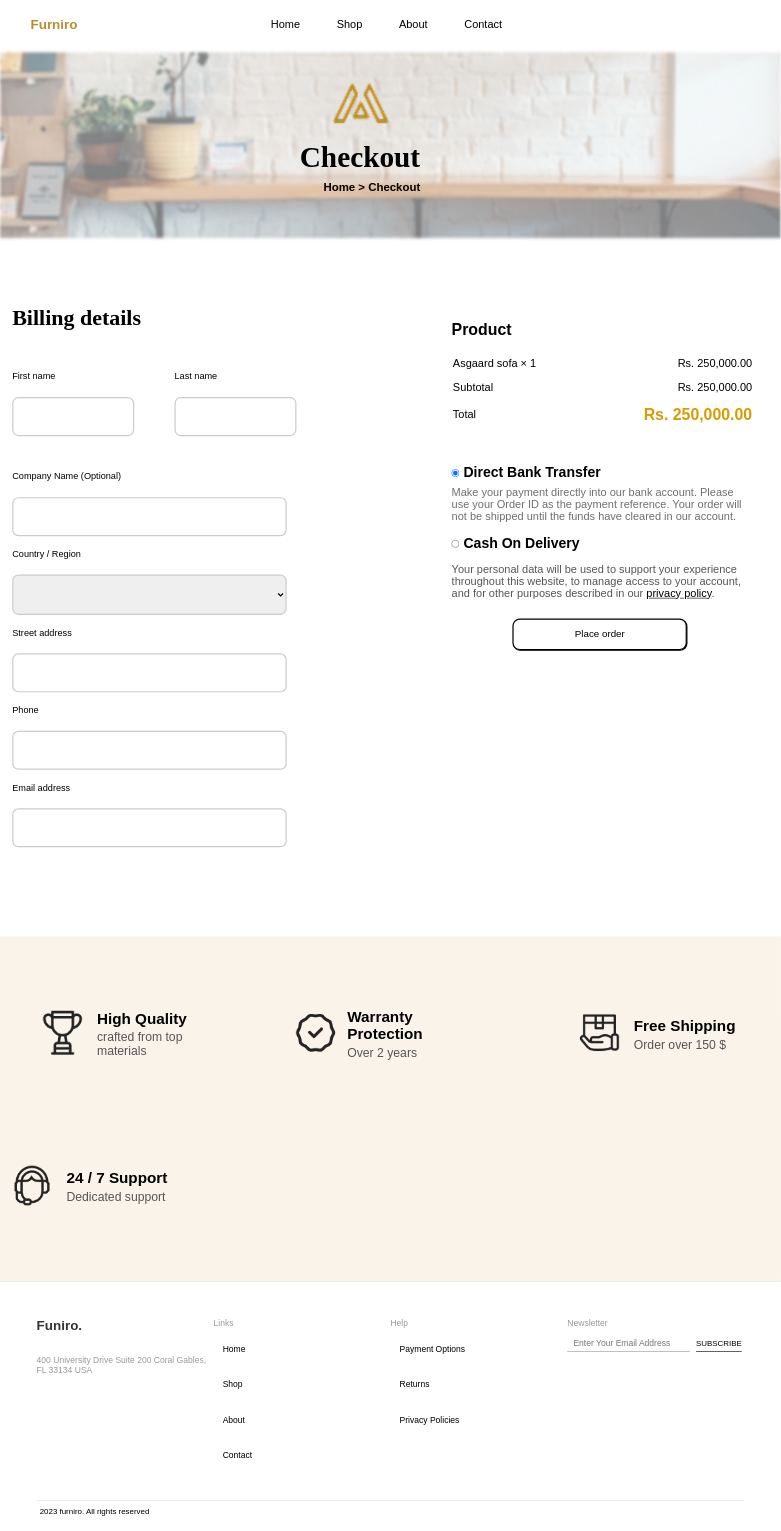
Repository: Ali1Kh/Furniro-ITI
Page: pages/checkout.html
These files come from the project's save history. The page is drawn as it stood at one moment and after a run of saves; the edit follows.
The browser window is 1280 px wide. The pictures show the whole page, at 61% of full size.

Above is the page before, as saved 2025-07-19 22:05:01.

### pages/checkout.html
<!DOCTYPE html>
<html lang="en">

<head>
  <meta charset="UTF-8">
  <meta name="viewport" content="width=device-width, initial-scale=1.0">
  <title>CheckOut</title>
  <link rel="shortcut icon" href="../assets/icons/Logo.png" type="image/x-icon">
  <link rel="stylesheet" href="../styles/index.css">
  <link rel="stylesheet" href="../styles/checkout.css">
</head>

<body>

  <nav>
    <!-- Navigation -->
    <div class="navBar">
      <div class="text">
        <p>Furniro</p>
      </div>

      <div class="menu-icon" onclick="toggleSidebar()">☰</div>

      <div class="navBarLinks">
        <ul>
          <li><a href="/pages/home.html">Home</a></li>
          <li><a href="/pages/shop.html">Shop</a></li>
          <li><a href="/">About</a></li>
          <li><a href="/pages/contact.html">Contact</a></li>
        </ul>
      </div>

     <div class="navBarIcons">
        <a href="/pages/Compare.html"><i class="fa-solid fa-user"></i></a>
        <a href="/pages/shop.html"><i class="fa-solid fa-magnifying-glass"></i></a>
        <a href="/"><i class="fa-solid fa-heart"></i></a>
        <a href="/pages/checkout.html"><i class="fa-solid fa-cart-plus"></i></a>
      </div>
    </div>


    <!-- Sidebar for mobile -->
    <div class="sidebar" id="sidebar">
      <a href="" onclick="toggleSidebar()">✖</a>
      <a href="">Home</a>
      <a href="/pages/shop.html">Shop</a>
      <a href="/">About</a>
      <a href="/pages/contact.html">Contact</a>
    </div>
  </nav>

  <main class="checkout">
    <div id="home">
      <div class="img-conteaner">
        <img src="../assets/img/Rectangle 1.png" alt="">

        <div class="text-conteaner">
          <img src="../assets/icons/Logo.png" alt="" style="width: 100px;height: 77px;margin-top: -80px; left: 1px; ">
          <h2 style="font-size: 48px; font-family: Poppins; top: 20px;">Checkout</h2>
          <h3 style="top: 30px;left: -11px; "><span style="width: 48;height: 24;top: 295px;left: 660px; ">Home ></span>
            Checkout</h3>
        </div>
      </div>
    </div>

    <div id="content">
      <div class="form">
        <h1 style="font-family: Poppins;font-weight: 600;font-style: SemiBold;font-size: 36px;">Billing details</h1>
        <br><br>
        <form>
          <div class="input" style="width: 200px;">
            <label>First name</label><br>
            <input type="text" name="firatname" id="firatname">
          </div>

          <div class="input" style="width: 200px; position: relative;bottom: 127px;left: 266px;">
            <label>Last name</label><br>
            <input type="text" name="lastname" id="lastname">
          </div>

          <div class="input" style="position: relative; bottom: 90px; width: 450px;">
            <label>Company Name (Optional)</label><br>
            <input type="text" name="Companyname(Optional)" id="Companyname(Optional)">
          </div>

          <div class="input" style="position: relative; bottom: 90px; width: 450px;">
            <label>Country / Region</label><br>
            <select>
              <option></option>
              <option>UK</option>
              <option>Argantina</option>
              <option>Brasil</option>
              <option>Egypt</option>
              <option>USA</option>
            </select>
          </div>

          <div class="input" style="position: relative; bottom: 90px; width: 450px;">
            <label>Street address</label><br>
            <input type="text" name="Streetaddress" id="Streetaddress">
          </div>

          <div class="input" style="position: relative; bottom: 90px; width: 450px;">
            <label>Phone</label><br>
            <input type="number" name="Phone" id="Phone">
          </div>

          <div class="input" style="position: relative; bottom: 90px; width: 450px;">
            <label>Email address</label><br>
            <input type="email" name="Emailaddress" id="Emailaddress">
          </div><br><br>

        </form>
      </div>
      <div class="table">
        <div class="order-summary">
          <h2>Product</h2>
          <table>
            <tr>
              <td>Asgaard sofa × 1</td>
              <td style="text-align: right;">Rs. 250,000.00</td>
            </tr>
            <tr>
              <td>Subtotal</td>
              <td style="text-align: right;">Rs. 250,000.00</td>
            </tr>
            <tr>
              <td>Total</td>
              <td style="text-align: right;" class="total">Rs. 250,000.00</td>
            </tr>
          </table><br><br>

          <div class="payment-methods">
            <label><input type="radio" name="payment" checked> Direct Bank Transfer</label>
            <p>
              Make your payment directly into our bank account. Please use your Order ID as the payment reference. Your
              order will not be shipped until the funds have cleared in our account.
            </p>

            <label><input type="radio" name="payment"> Cash On Delivery</label>
          </div>

          <div class="privacy">
            Your personal data will be used to support your experience throughout this website, to manage access to your
            account, and for other purposes described in our <a href="#">privacy policy</a>.
          </div>

          <button class="btn">Place order</button>
        </div>
      </div>
    </div>

    <div id="quality">
      <div class="quality-box"
        style="display: flex; gap: 1.5rem; padding-top: 80px; padding-bottom: 80px;width: 25%;padding-left: 50px;">
        <div class="l"><img src="../assets/icons/Group copy.png" alt=""></div>
        <div class="r">
          <h2>High Quality</h2>
          <p>crafted from top materials</p>
        </div>

      </div>
      <div class="quality-box" >
        <div class="l"><img src="../assets/icons/Group (2).png" alt=""></div>
        <div class="r">
          <h2>Warranty Protection</h2>
          <p>Over 2 years</p>
        </div>

      </div>
      <div class="quality-box" style="display: flex; gap: 1.5rem; padding-top: 80px; padding-bottom: 80px;width: 25%;">
        <div class="l"><img src="../assets/icons/Vector (2).png" alt=""></div>
        <div class="r">
          <h2>Free Shipping</h2>
          <p>Order over 150 $</p>
        </div>

      </div>
      <div class="quality-box" style="display: flex; gap: 1.5rem; padding-top: 80px; padding-bottom: 80px;width: 25%;">
        <div class="l"><img src="../assets/icons/customer-support.png" alt=""></div>
        <div class="r">
          <h2>24 / 7 Support</h2>
          <p>Dedicated support</p>
        </div>

      </div>

    </div>
  </main>

  <footer class="footer">
    <div class="footer-container">
      <div class="footer-sec">
        <h2 class="logo">Funiro.</h2>
        <p style="padding-top: 20px;">400 University Drive Suite 200 Coral Gables,<br>FL 33134 USA</p>
      </div>

      <div class="footer-sec">
        <h4>Links</h4>
        <ul>
          <li><a href="#">Home</a></li>
          <li><a href="#">Shop</a></li>
          <li><a href="#">About</a></li>
          <li><a href="#">Contact</a></li>
        </ul>
      </div>

      <div class="footer-sec">
        <h4>Help</h4>
        <ul>
          <li><a href="#">Payment Options</a></li>
          <li><a href="#">Returns</a></li>
          <li><a href="#">Privacy Policies</a></li>
        </ul>
      </div>

      <div class="footer-sec new">
        <h4>Newsletter</h4>
        <div class="subscribe">
          <input type="email" placeholder="Enter Your Email Address">
          <button>SUBSCRIBE</button>
        </div>
      </div>
    </div>

    <div class="footer-bottom">
      <p>2023 furniro. All rights reserved</p>
    </div>
  </footer>

  <script src="../scripts/index.js"></script>

</body>

</html>

### styles/index.css
:root {
  --mainColor: #feeed8;
}

* {
  margin: 0;
  padding: 0;
  box-sizing: border-box;
}

body {
  font-family: "Poppins", sans-serif;
}

.navBar img {
  display: inline;
}

.navBar {
  width: 100%;
  height: 80px;
  display: flex;
  justify-content: space-between;
  align-items: center;
  padding: 0 50px;
  background-color: #fff;
  z-index: 1000;
  position: sticky;
  top: 0;
}

.navBarLinks ul {
  list-style: none;
  display: flex;
  gap: 60px;
}

.navBarLinks a {
  text-decoration: none;
  font-size: 18px;
  color: black;
}

.navBarIcons {
  display: flex;
  gap: 30px;
}

.text p {
  font-weight: bold;
  font-size: 22px;
  color: #b88e2f;
}

/* Sidebar for mobile */
.sidebar {
  height: 100%;
  width: 0;
  position: fixed;
  background-color: #8d8d8d;
  overflow-x: hidden;
  transition: 0.3s;
  padding-top: 60px;
  z-index: 999;
}
.sidebar a {
  padding: 12px 20px;
  text-decoration: none;
  font-size: 20px;
  color: white;
  display: block;
}
.sidebar a:hover {
  background-color: #444;
}

.menu-icon {
  font-size: 28px;
  cursor: pointer;
  display: none;
  padding: 15px;
}

/* Quality */

#quality {
  display: flex;
  background-color: rgba(250, 243, 234, 1);
  width: 100%;
}

/* Page Header */

#pageHeader .imge {
  position: relative;
  width: 100%;
  height: auto;
}

#pageHeader .imge img {
  width: 100%;
  height: auto;
  display: block;
}

#pageHeader .adresIn {
  position: absolute;
  top: 50%;
  left: 50%;
  transform: translate(-50%, -50%);
  color: black;
  text-align: center;
}

#pageHeader .mainP1 {
  font-size: 48px;
}
#pageHeader .scoundP1 {
  font-size: 16px;
}

.footerBox {
  height: 400px;
  width: 100%;
}
.with-line::before,
.with-line::after {
  content: "";
  display: block;
  height: 1px;
  background-color: #c6c6c6;
  margin: 20px auto;
  width: 100%;
}

.with-line::after {
  width: 82%;
}

.infoterbox {
  margin-left: 100px;
  margin-right: 100px;
  display: grid;
  grid-template-columns: 1fr 1fr 1fr 1.5fr;
  gap: 20px;
  padding: 30px;
  color: white;

  height: 100%;
}

.mainFooterBar {
  font-weight: bold;
  font-size: 24px;
  color: #000;
}
.scoundFooterBar {
  font-size: 16px;
  font-weight: 300;
  color: #9f9f9f;
  position: relative;
  top: 40px;
}

.prgraphF {
  position: relative;
  top: 54px;
}

.infoterboxLM a,
.infoterboxRM a {
  display: block;
  margin-top: 55px;
  text-decoration: none;
  color: #000;
  width: 70%;
}

.infoterboxLM p,
.infoterboxRM p,
.prgraphFF p {
  font-size: 16px;
  font-weight: 300;
  color: #9f9f9f;
}

.SUBSCRIBE {
  position: relative;
  top: 53px;
}

.SUBSCRIBE button {
  font-size: 14px;
  font-weight: bold;
  width: 85px;
  height: 21px;
  border: none;
  border-bottom: 1px solid black;
  margin-left: 15px;
  background-color: white;

  cursor: pointer;
}

.SUBSCRIBE input {
  font-size: 14px;
  width: 200px;
  height: 21px;
  color: #9f9f9f;
  border: none;
  border-bottom: 1px solid black;
}

.SUBSCRIBE input:focus {
  outline: none;
}

@media (max-width: 768px) {
  .navBarLinks {
    display: none;
  }
  .menu-icon {
    display: block;
  }
  .navBarIcons {
    display: none;
  }
}

@media (max-width: 767px) {
  .navBarIcons {
    display: none;
  }
}

### styles/checkout.css
* {
  margin: 0;
  padding: 0;
}
.checkout ul {
  list-style: none;
}

.checkout a {
  text-decoration: none;
}

/* start header */

#header {
  background-color: rgb(250, 245, 240);
  border: 1px solid #ccc;
  width: 100%;
  height: 90px;
}
#header .navbar {
  display: flex;
  justify-content: space-between;
  align-items: center;
}
#header .navbar .logo {
  display: flex;
  width: 185;
  height: 41;
  opacity: 1;
  top: 29px;
  left: 54px;
  gap: 5px;
}
#header .navbar img {
  width: 185;
  height: 41px;
  top: 29px;
  left: 54px;
  gap: 5px;
}

/* #header .navbar .imgs{
    width: 300px;
    display: flex;
    position: relative;
    bottom: 10px;
} */

#header .navbar ul {
  display: flex;
}
#header .navbar ul li a {
  position: relative;
  color: black;
  font-size: 25px;
  margin: 0 20px;
  font-weight: bold;
  transition: 0.3s ease;
  bottom: 15px;
}
#header .navbar ul li a:hover {
  color: bisque;
}

/* finish header */

.img-conteaner {
  position: relative;
  width: 100%;
}

.img-conteaner img {
  width: 100%;
  height: 316px;
  top: 100px;
}

.text-conteaner {
  position: absolute;
  top: 50%;
  left: 50%;
  transform: translate(-50%, -50%);
}
.text-conteaner h3 {
  position: relative;
  bottom: 90px;
  left: 40px;
}
.text-conteaner h2 {
  position: relative;
  bottom: 90px;
  left: -50px;
}

#content {
  display: flex;
  justify-content: space-between;
  gap: 8rem;
  max-width: 1240px;
  margin: auto;
  padding-top: 100px;
}

.form {
  width: 50%;
}

.form h1 {
  font-size: 36px;
  font-weight: 600;
  margin-bottom: 30px;
}

form label {
  font-weight: 500;
  margin-bottom: 8px;
  display: block;
  font-size: 15px;
}

form input,
form select {
  width: 100%;
  padding: 22px;
  border: 2px solid #ccc;
  border-radius: 10px;
  font-size: 14px;
}

.input {
  margin-bottom: 20px;
}

.table {
  width: 48%;
}

.order-summary {
  padding: 25px;
}

.order-summary h2 {
  font-size: 26px;
  margin-bottom: 20px;
}

.order-summary table {
  width: 100%;
  margin-bottom: 20px;
}

.order-summary table td {
  padding: 8px 0;
  font-size: 18px;
}

.order-summary .total {
  font-weight: bold;
  color: #d89c00;
  font-size: 26px;
}

.payment-methods label {
  display: block;
  margin-bottom: 10px;
  font-weight: bold;
  font-size: 23px;
}

.payment-methods p {
  font-size: 18px;
  color: #716d6d;
  margin: 10px 0 20px;
  line-height: 1.1;
}

.privacy {
  font-size: 18px;
  color: #555;
  margin: 20px 0;
  line-height: 1.1;
}

.privacy a {
  text-decoration: underline;
  color: black;
}

.btn {
  padding: 15px 100px;
  background: #fff;
  border: 2px solid black;
  border-radius: 12px;
  font-size: 16px;
  transition: 0.3s ease;
  margin-left: 100px;
  margin-top: 10px;
  box-shadow: 1px 1px 1px black;
}

.btn:hover {
  background-color: #babd8e;
}

#quality {
  display: flex;
  justify-content: space-between;
  background-color: rgba(250, 243, 234, 1);
  width: 100%;
  flex-wrap: wrap;
  padding: 40px 20px;
  gap: 1rem;
}

.quality-box {
  display: flex;
  gap: 1.2rem;
  width: 25%;
  padding-top: 40px;
  padding-bottom: 40px;
  box-sizing: border-box;
  align-items: center;
}

.quality-box img {
  width: 65px;
}

.quality-box h2 {
  font-size: 25px;
  margin-bottom: 5px;
}

.quality-box p {
  font-size: 20px;
  color: #555;
}


.footer {
  background-color: #fff;
  padding: 40px 60px 20px;
  border-top: 1px solid #e0e0e0;
  color: #333;
}

.footer-container {
  display: flex;
}

.footer-sec {
  flex: 1 1 200px;
  margin: 20px 0;
}

.footer-sec h2.logo {
  font-size: 22px;
  font-weight: 700;
  margin-bottom: 15px;
}

.footer-sec h4 {
  font-size: 14px;
  font-weight: 500;
  color: #999;
  margin-bottom: 10px;
}

.footer-sec ul {
  list-style: none;
  padding: 0;
  margin: 0;
}

.footer-sec ul li {
  margin-bottom: 10px;
  padding: 15px;
}

.footer-sec ul li a {
  text-decoration: none;
  color: #000;
  font-size: 14px;
}

.footer-sec p {
  color: #999;
  font-size: 14px;
}

.new .subscribe {
  display: flex;
  gap: 10px;
  margin-top: 10px;
}

.new input {
  padding: 6px 10px;
  font-size: 14px;
  border: none;
  border-bottom: 1px solid #999;
  outline: none;
}

.new button {
  background: none;
  border: none;
  border-bottom: 1px solid #000;
  color: #000;
  font-size: 13px;
  font-weight: 500;
}

.footer-bottom {
  border-top: 1px solid #e0e0e0;
  padding: 5px;
  margin-top: 20px;
  padding-top: 10px;
  text-align: left;
  font-size: 13px;
  color: #000;
}

@media (max-width: 790px) {
  #content {
    flex-direction: column;
    gap: 3rem;
    padding: 50px 20px;
  }

  .form,
  .table {
    width: 100%;
  }

  .btn {
    width: 100%;
    margin-left: 0;
  }
   .quality-box {
    width: 100%;
    flex-direction: row;
    justify-content: start;
    padding: 20px 0;
     position: relative;
    left: 30%;

  }

  #quality {
    flex-direction: column;
    gap: 0;

  }
}
@media (max-width: 768px) {
  .footer-container {
    flex-direction: column;
    gap: 30px;
  }

  .footer-sec {
    margin: 10px 0;
  }

  .new .subscribe {
    flex-direction: column;
    align-items: flex-start;
  }

  .new input,
  .new button {
    width: 50%;
  }

  .footer {
    padding: 30px 20px 10px;
  }

  .footer-bottom {
    text-align: center;
    font-size: 12px;
  }
}

### scripts/index.js
function toggleSidebar() {
  const sidebar = document.getElementById("sidebar");
  if (sidebar.style.width === "250px") {
    sidebar.style.width = "0";
  } else {
    sidebar.style.width = "250px";
  }
}

function toggleSidebar() {
  const sidebar = document.getElementById("sidebar");
  if (sidebar.style.display === "flex") {
    sidebar.style.display = "none";
  } else {
    sidebar.style.display = "flex";
  }
}

After the next 2 saves:
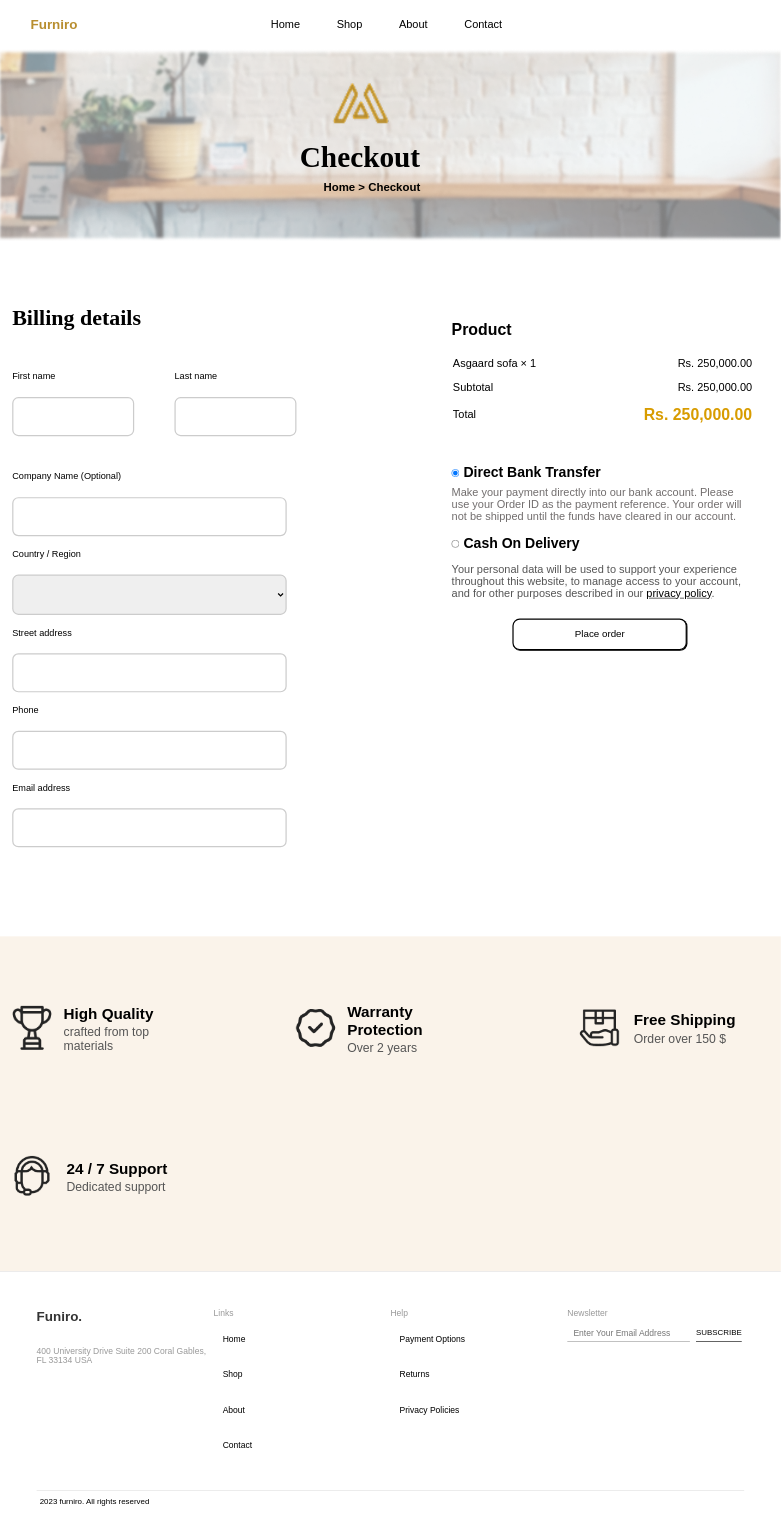
The 2 saves are shown as one change because they came seconds apart.
The last was saved 9 s later.
--- a/pages/checkout.html
+++ b/pages/checkout.html
@@ -151,8 +151,7 @@
     </div>
 
     <div id="quality">
-      <div class="quality-box"
-        style="display: flex; gap: 1.5rem; padding-top: 80px; padding-bottom: 80px;width: 25%;padding-left: 50px;">
+      <div class="quality-box">
         <div class="l"><img src="../assets/icons/Group copy.png" alt=""></div>
         <div class="r">
           <h2>High Quality</h2>
